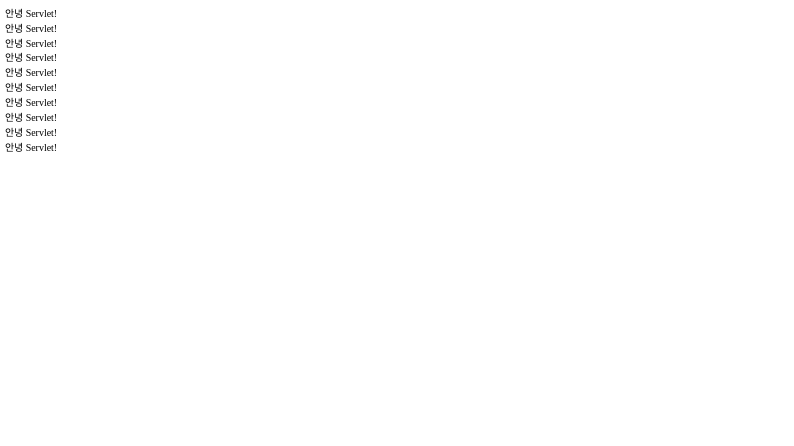
Repository: kwondam/servlet
Page: http://localhost/JSPPrj/nana.jsp
These files come from the project's save history. The page is drawn as it stood at one moment and after the next save; the edit follows.
The browser window is 1280 px wide. The pictures show the whole page, at 62% of full size.
The page is served by Tomcat 9. Nobody is signed in. The application's start-up code is not run.

Above is the page before, as saved 2020-03-28 07:25:08.

After the next save:
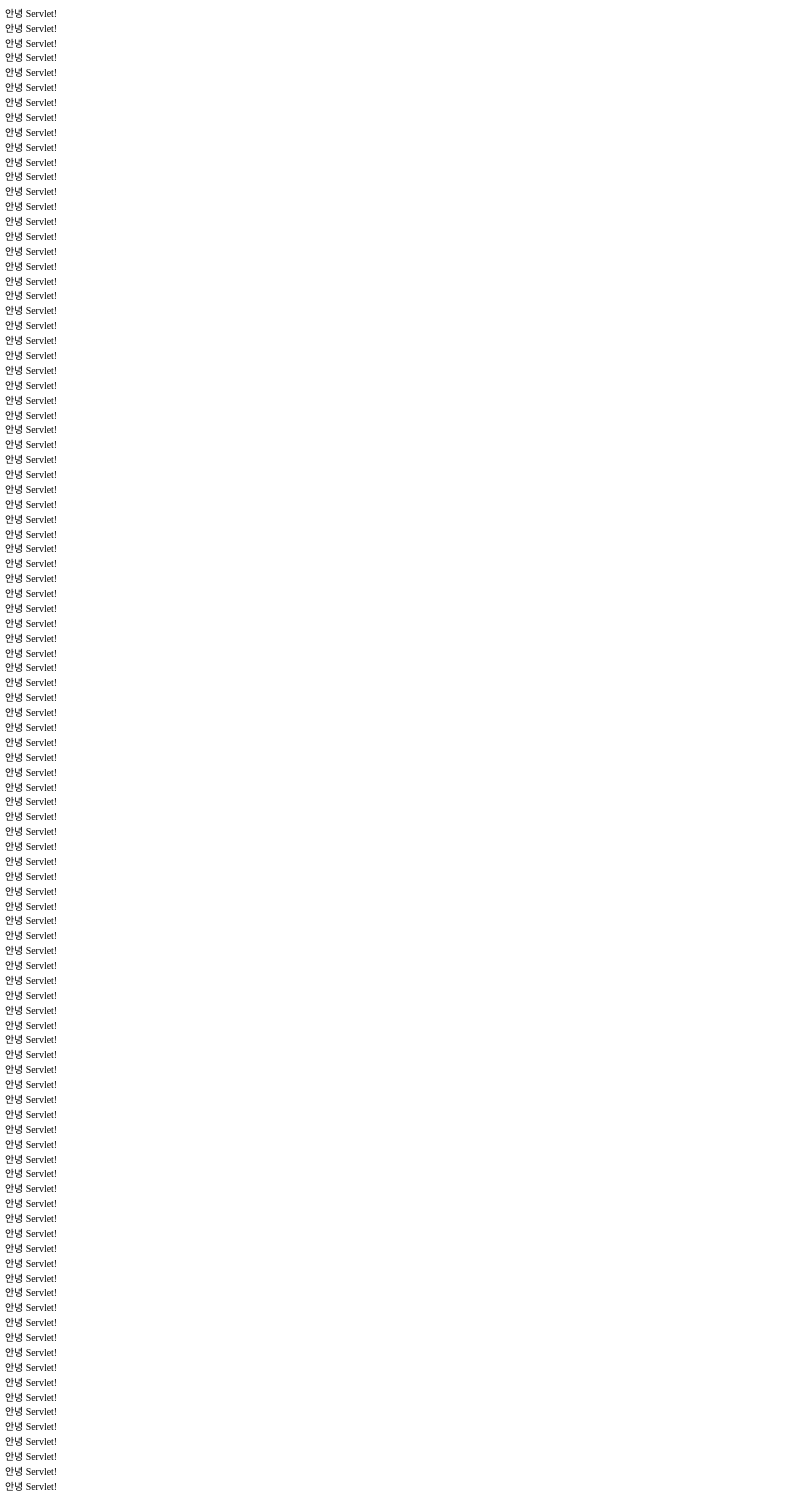
Saved 14 s later.
--- a/workspace/JSPPrj/WebContent/nana.jsp
+++ b/workspace/JSPPrj/WebContent/nana.jsp
@@ -20,7 +20,7 @@ if(cnt_ !=null&& !cnt_.contentEquals("")) {
 <title>Insert title here</title>
 </head>
 <body>
-	<%for(int i=0; i<10; i++){ %>
+	<%for(int i=0; i<cnt; i++){ %>
 	안녕 Servlet! <br >
 	<%} %>
 </body>
